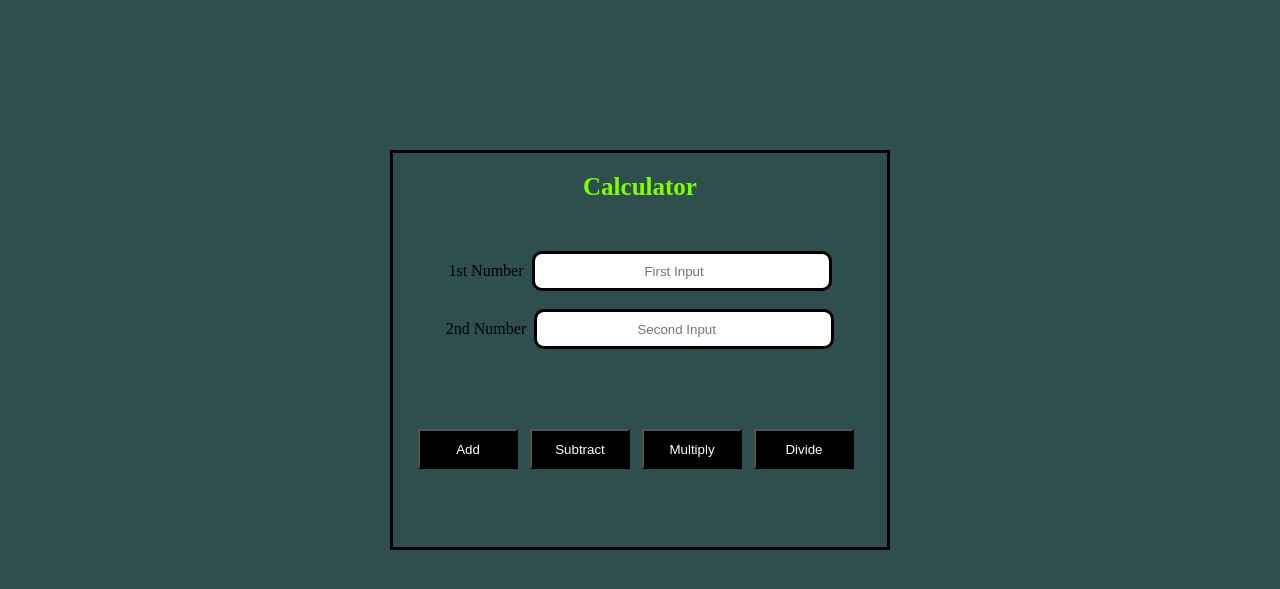
Repository: Shreyash1107/Intern_Projects
Page: Calculator/src/main/webapp/Calculator.html
An editor plug-in stored every save of this project. The page is shown before and after a run of saves, followed by the edit.
The browser window is 1280 px wide. The pictures show the whole page.
The pointer rests on the first visible `h4`.

Above is the page before, as saved 2024-07-03 10:59:35.

### Calculator/src/main/webapp/Calculator.html
<!DOCTYPE html>
<html>
<head>
<meta charset="ISO-8859-1">
<title>Calculator</title>
<link rel="stylesheet" href="style.css"/>
</head>
<body>
		<center>
			<form>
				<div class="wrapper">
			<h4>Calculator</h4>
			<div class="container">
					<tr>
					<td>1st Number</td>&nbsp;
						<td><input type="number" name="First" value="" placeholder="First Input"</td>
					</tr>
					<br><br>
					<tr>
						<td>2nd Number</td>&nbsp;
						<td><input type="number" name="Second" value="" placeholder="Second Input"</td>
					</tr>
					<div class="Result">
					<input type="submit" name="a" value="Add" autocomplete="off">&nbsp;&nbsp;
					<input type="submit" name="b" value="Subtract" autocomplete="off">&nbsp;&nbsp;
					<input type="submit" name="c" value="Multiply" autocomplete="off">&nbsp;&nbsp;
					<input type="submit" name="d" value="Divide" autocomplete="off">&nbsp;&nbsp;
					</div>
			</div>
		</div>
			</form>
		</center>
</body>
</html>

### Calculator/src/main/webapp/style.css
@charset "ISO-8859-1";
*
{
	padding: 0;
	margin:0;
	box-sizing: border-box;
}
body
{
	background-color:darkslategrey;
}
.wrapper
{
	width: 500px;
	height:400px;
	border: 3px solid black;
	margin:150px auto;
}
.wrapper h4
{
	padding-top: 20px;
	font-size: 25px;
}
.container
{
	padding-top: 50px;
}
.Result
{
	padding-top: 80px;
}
.container tr td
{
	font-weight: bold;
}
input[type="number"]
{
	width: 300px;
	height:40px;
	border: 3px solid black;
	border-radius: 10px;
}
input[type="number"]::placeholder
{
	text-align: center;
}
input[type="submit"]
{
	background-color: black;
	color: white;
	width: 100px;
	height: 40px;
}
input[type="submit"]:hover
{
	cursor: pointer;
	background-color:darkcyan;
}
h4:hover
{
	color:chartreuse;

}

After the next 2 saves:
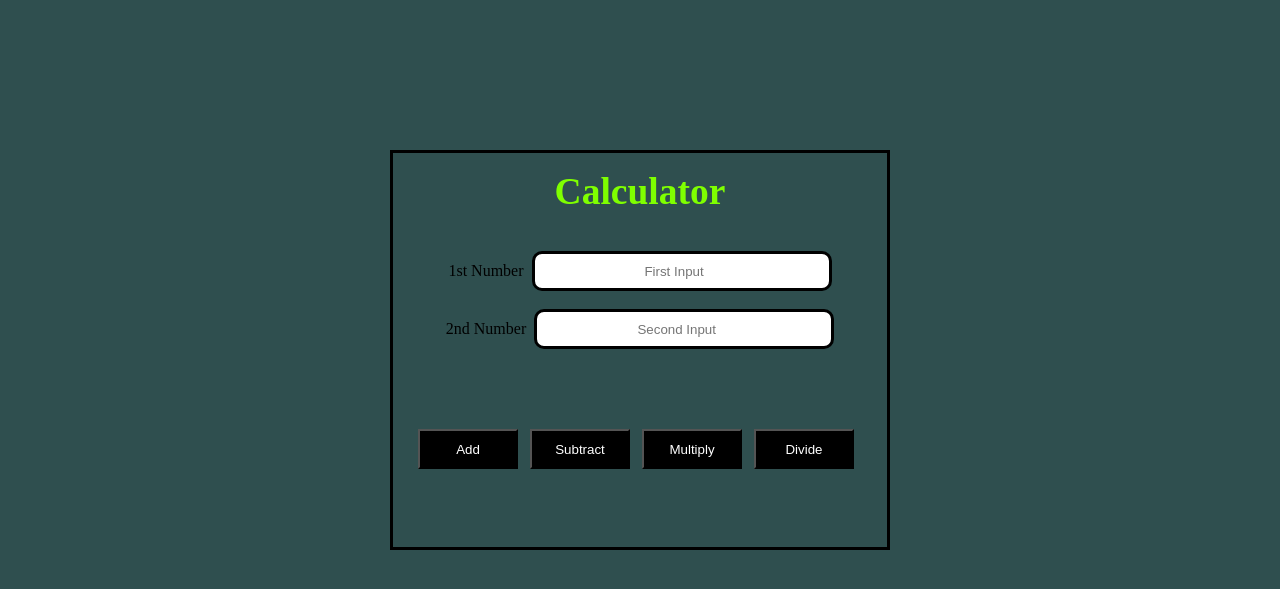
The 2 saves are shown as one change because they came seconds apart.
The last was saved 12 s later.
--- a/Calculator/src/main/webapp/style.css
+++ b/Calculator/src/main/webapp/style.css
@@ -59,5 +59,6 @@ input[type="submit"]:hover
 h4:hover
 {
 	color:chartreuse;
+	transform: scale(1.5);
 
 }
